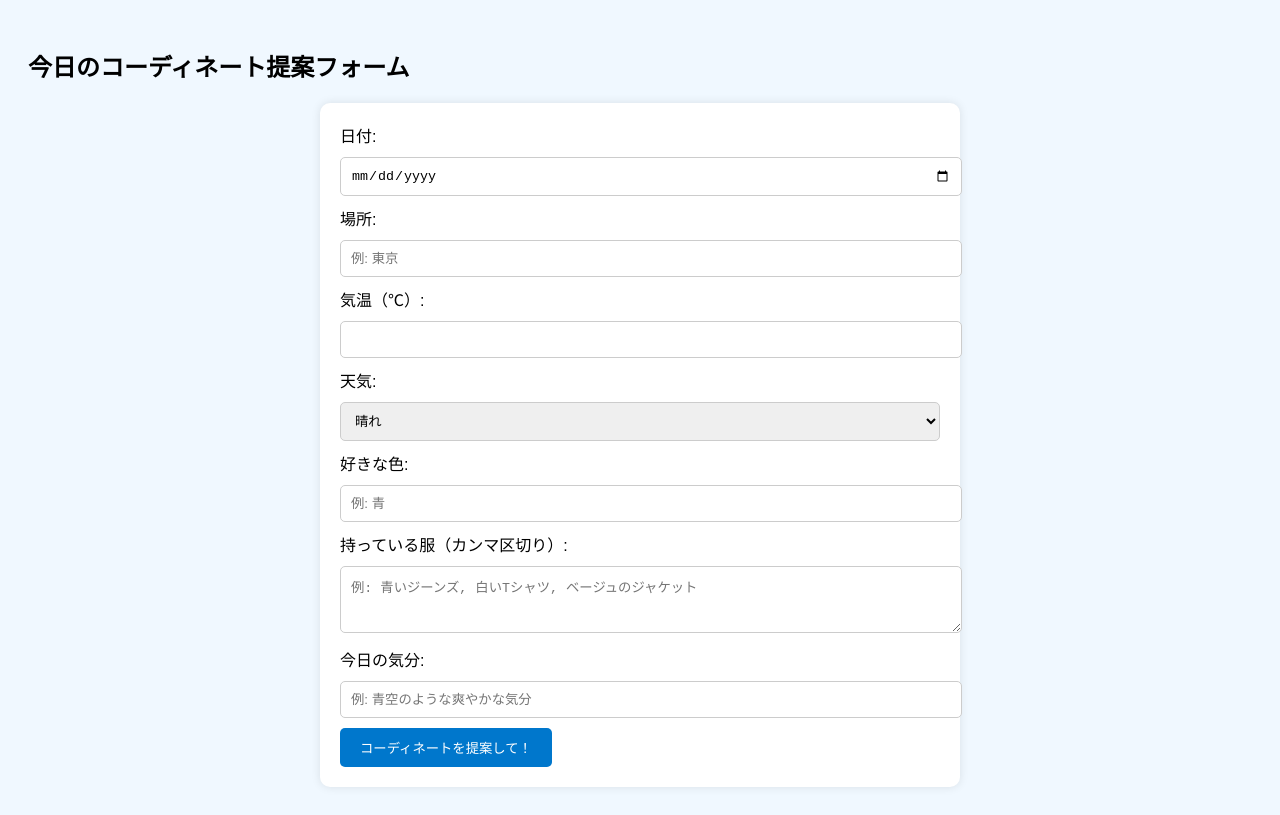
Repository: sgupge2332/cloth
Page: form.html
The author's editor kept a copy of each file at every save. The page is drawn from the files as they stood at one save, then again after the next save.
The browser window is 1280 px wide. The pictures show the whole page.

Above is the page before, as saved 2025-04-19 10:58:33.

After the next save:
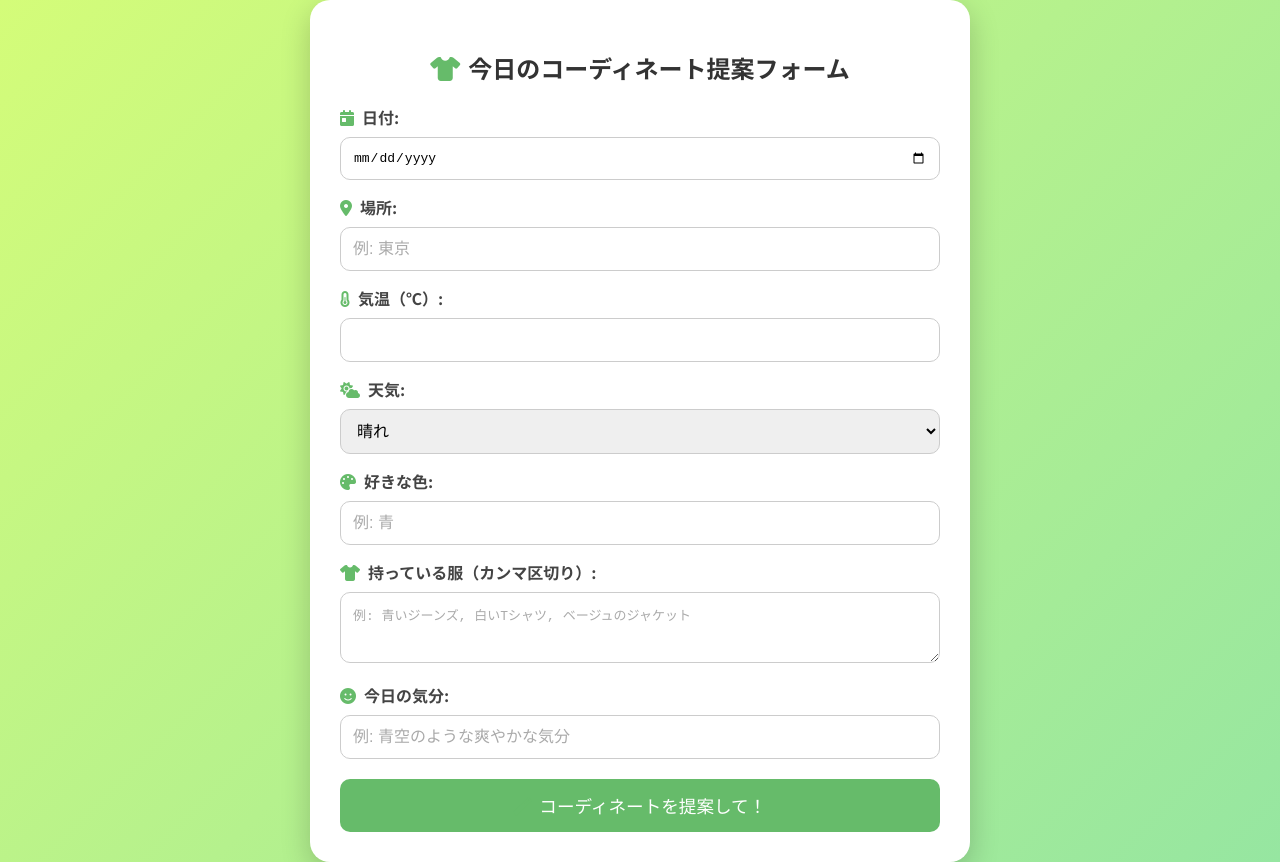
Saved 3 h 22 min later.
--- a/form.html
+++ b/form.html
@@ -1,46 +1,131 @@
 <!DOCTYPE html>
 <html lang="ja">
 <head>
-<meta charset="UTF-8">
-<title>今日のコーディネート提案</title>
-<style>
-    body { font-family: Arial, sans-serif; padding: 20px; background-color: #f0f8ff; }
-    form { background: white; padding: 20px; border-radius: 10px; max-width: 600px; margin: auto; box-shadow: 0 0 10px rgba(0,0,0,0.1); }
-    input, select, textarea { width: 100%; padding: 10px; margin: 10px 0; border-radius: 5px; border: 1px solid #ccc; }
-    button { padding: 10px 20px; background: #0077cc; color: white; border: none; border-radius: 5px; cursor: pointer; }
-    button:hover { background: #005fa3; }
-</style>
+  <meta charset="UTF-8">
+  <title>今日のコーディネート提案</title>
+  <link href="https://fonts.googleapis.com/css2?family=Noto+Sans+JP:wght@400;700&display=swap" rel="stylesheet">
+  <link rel="stylesheet" href="https://cdnjs.cloudflare.com/ajax/libs/font-awesome/6.5.0/css/all.min.css">
+  <style>
+    body {
+      font-family: 'Noto Sans JP', sans-serif;
+      margin: 0;
+      padding: 0;
+      background: linear-gradient(135deg, #d4fc79, #96e6a1);
+      min-height: 100vh;
+      display: flex;
+      align-items: center;
+      justify-content: center;
+    }
+
+    h2 {
+      text-align: center;
+      color: #333;
+      margin-bottom: 20px;
+    }
+
+    form {
+      background: white;
+      padding: 30px;
+      border-radius: 20px;
+      box-shadow: 0 10px 30px rgba(0, 0, 0, 0.2);
+      width: 100%;
+      max-width: 600px;
+      animation: fadeInUp 1s ease forwards;
+    }
+
+    @keyframes fadeInUp {
+      from {
+        transform: translateY(30px);
+        opacity: 0;
+      }
+      to {
+        transform: translateY(0);
+        opacity: 1;
+      }
+    }
+
+    label {
+      display: block;
+      margin-top: 15px;
+      font-weight: bold;
+      color: #444;
+    }
+
+    input, select, textarea {
+      width: 100%;
+      padding: 12px;
+      margin-top: 8px;
+      border-radius: 10px;
+      border: 1px solid #ccc;
+      font-size: 1em;
+      box-sizing: border-box;
+      transition: 0.3s;
+    }
+
+    input:focus, select:focus, textarea:focus {
+      outline: none;
+      border-color: #66bb6a;
+      box-shadow: 0 0 8px rgba(102, 187, 106, 0.5);
+    }
+
+    button {
+      margin-top: 20px;
+      padding: 14px 30px;
+      background: #66bb6a;
+      color: white;
+      font-size: 1.1em;
+      border: none;
+      border-radius: 10px;
+      cursor: pointer;
+      transition: background 0.3s ease;
+      width: 100%;
+    }
+
+    button:hover {
+      background: #4caf50;
+    }
+
+    .icon {
+      margin-right: 8px;
+      color: #66bb6a;
+    }
+
+    ::placeholder {
+      color: #aaa;
+    }
+  </style>
 </head>
 <body>
-<h2>今日のコーディネート提案フォーム</h2>
-<form action="/suggest" method="post">
-    <label for="date">日付:</label>
+  <form action="/suggest" method="post">
+    <h2><i class="fas fa-tshirt icon"></i>今日のコーディネート提案フォーム</h2>
+
+    <label for="date"><i class="fas fa-calendar-day icon"></i>日付:</label>
     <input type="date" id="date" name="date" required>
 
-    <label for="location">場所:</label>
+    <label for="location"><i class="fas fa-map-marker-alt icon"></i>場所:</label>
     <input type="text" id="location" name="location" placeholder="例: 東京" required>
 
-    <label for="temperature">気温（℃）:</label>
+    <label for="temperature"><i class="fas fa-thermometer-half icon"></i>気温（℃）:</label>
     <input type="number" id="temperature" name="temperature" required>
 
-    <label for="weather">天気:</label>
+    <label for="weather"><i class="fas fa-cloud-sun icon"></i>天気:</label>
     <select id="weather" name="weather">
-    <option value="晴れ">晴れ</option>
-    <option value="曇り">曇り</option>
-    <option value="雨">雨</option>
-    <option value="雪">雪</option>
+      <option value="晴れ">晴れ</option>
+      <option value="曇り">曇り</option>
+      <option value="雨">雨</option>
+      <option value="雪">雪</option>
     </select>
 
-    <label for="favorite_color">好きな色:</label>
+    <label for="favorite_color"><i class="fas fa-palette icon"></i>好きな色:</label>
     <input type="text" id="favorite_color" name="favorite_color" placeholder="例: 青">
 
-    <label for="owned_clothes">持っている服（カンマ区切り）:</label>
+    <label for="owned_clothes"><i class="fas fa-shirt icon"></i>持っている服（カンマ区切り）:</label>
     <textarea id="owned_clothes" name="owned_clothes" rows="3" placeholder="例: 青いジーンズ, 白いTシャツ, ベージュのジャケット"></textarea>
 
-    <label for="mood">今日の気分:</label>
+    <label for="mood"><i class="fas fa-smile icon"></i>今日の気分:</label>
     <input type="text" id="mood" name="mood" placeholder="例: 青空のような爽やかな気分">
 
-    <button type="submit">コーディネートを提案して！</button>
-</form>
+    <button type="submit"><i class="fas fa-magic icon"></i>コーディネートを提案して！</button>
+  </form>
 </body>
 </html>
